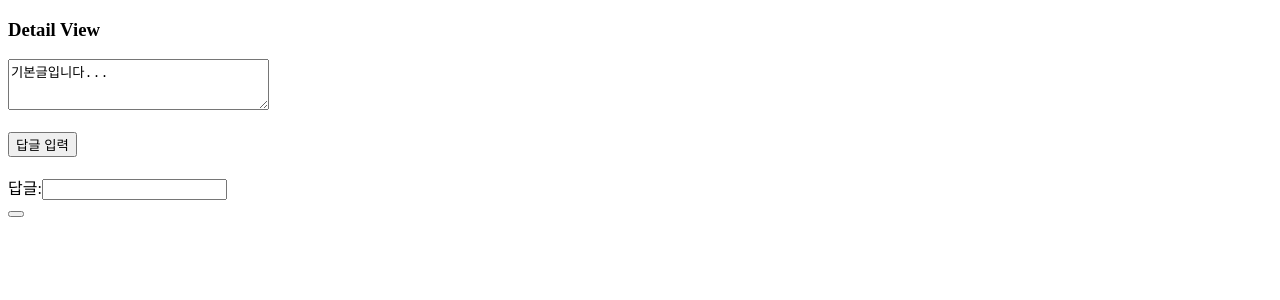
Repository: jeongho97/JQuery
Page: JQuery기본2/WebContent/JQuery_view.html
The author's editor kept a copy of each file at every save. The page is drawn from the files as they stood at one save, then again after the next save.
The browser window is 1280 px wide. The pictures show the whole page.

Above is the page before, as saved 2022-05-13 03:08:08.

After the next save:
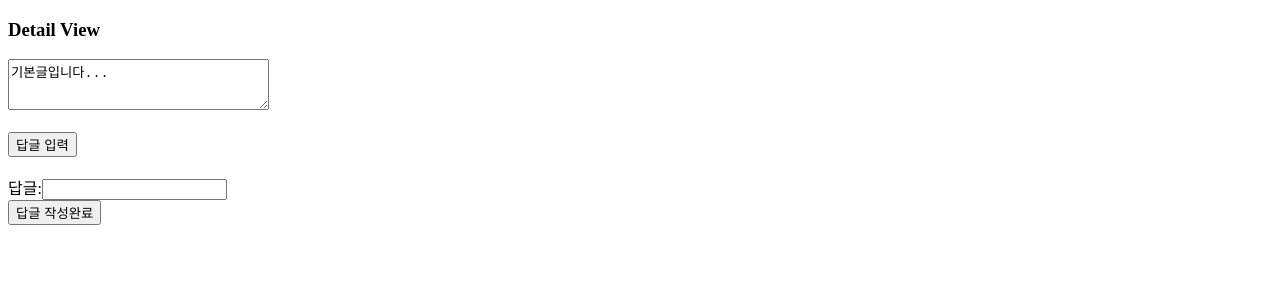
Saved 4 s later.
--- a/JQuery기본2/WebContent/JQuery_view.html
+++ b/JQuery기본2/WebContent/JQuery_view.html
@@ -16,7 +16,7 @@
 <div id="answerFrm">
 
 <br>답글:<input type="text" id="answerText">
-<br><button type="button" id="answerBtn"></button>
+<br><button type="button" id="answerBtn">답글 작성완료</button>
 
 </div>
 
